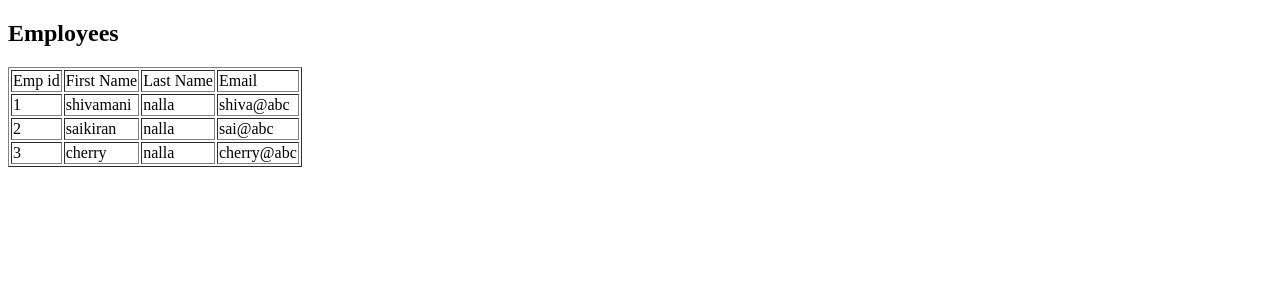
Repository: shivamaninalla/Bank-Application-JSP
Page: http://localhost/06-student-mvc/StudentServlet
The author's editor kept a copy of each file at every save. The page is drawn from the files as they stood at one save, then again after the next save.
The browser window is 1280 px wide. The pictures show the whole page.
The page is served by Tomcat 9. Other server files are loaded and not shown.

Above is the page before, as saved 2024-07-16 07:43:48.

### 06-student-mvc/WebContent/view-student.jsp
<%@ page language="java" contentType="text/html; charset=ISO-8859-1"
    pageEncoding="ISO-8859-1"%>
<%@ taglib uri="http://java.sun.com/jsp/jstl/core" prefix="c"%>
<%@ taglib uri="http://java.sun.com/jsp/jstl/functions" prefix="fn"%>
<!DOCTYPE html>
<html>
<head>
<meta charset="ISO-8859-1">
<title>Insert title here</title>
</head>
<body>
<h2>Employees</h2>

<table border="1">
		<tr>
			<td>Emp id</td>
			<td>First Name</td>
			<td>Last Name</td>
			<td>Email</td>

		</tr>
		<c:forEach var="d" items="${thedata}">
			<tr>
				<td>${d.id}</td>
				<td>${d.first_name}</td>
				<td>${d.last_name}</td>
				<td>${d.email}</td>

			</tr>
		</c:forEach>

	</table>



</body>
</html>

### 06-student-mvc/src/com/monocept/model/StudentServlet.java
package com.monocept.model;

import java.io.IOException;
import java.util.List;

import javax.servlet.RequestDispatcher;
import javax.servlet.ServletException;
import javax.servlet.annotation.WebServlet;
import javax.servlet.http.HttpServlet;
import javax.servlet.http.HttpServletRequest;
import javax.servlet.http.HttpServletResponse;


@WebServlet("/StudentServlet")
public class StudentServlet extends HttpServlet {
	private static final long serialVersionUID = 1L;


	protected void doGet(HttpServletRequest request, HttpServletResponse response) throws ServletException, IOException {
		// TODO Auto-generated method stub
		List<Student> students=StudentDataUtil.getStudents();
		request.setAttribute("thedata", students);
		RequestDispatcher req=request.getRequestDispatcher("view-student.jsp");
		req.forward(request, response);

	}

}

### 06-student-mvc/src/com/monocept/model/StudentDataUtil.java
package com.monocept.model;

import java.util.ArrayList;
import java.util.List;

public class StudentDataUtil {

	public static List<Student> getStudents(){
		List<Student> students=new ArrayList<>();
		students.add(new Student(1,"shivamani","nalla","shiva@abc"));
		students.add(new Student(2,"saikiran","nalla","sai@abc"));
		students.add(new Student(3,"cherry","nalla","cherry@abc"));
		return students;
	}

}

### 06-student-mvc/src/com/monocept/model/Student.java
package com.monocept.model;

public class Student {
	private int id;
	private String first_name;
	private String last_name;
	private String email;
	public Student(int id, String first_name, String last_name, String email) {
		super();
		this.id = id;
		this.first_name = first_name;
		this.last_name = last_name;
		this.email = email;
	}
	@Override
	public String toString() {
		return "Student [id=" + id + ", first_name=" + first_name + ", last_name=" + last_name + ", email=" + email
				+ "]";
	}
	public int getId() {
		return id;
	}
	public void setId(int id) {
		this.id = id;
	}
	public String getFirst_name() {
		return first_name;
	}
	public void setFirst_name(String first_name) {
		this.first_name = first_name;
	}
	public String getLast_name() {
		return last_name;
	}
	public void setLast_name(String last_name) {
		this.last_name = last_name;
	}
	public String getEmail() {
		return email;
	}
	public void setEmail(String email) {
		this.email = email;
	}

}

After the next save:
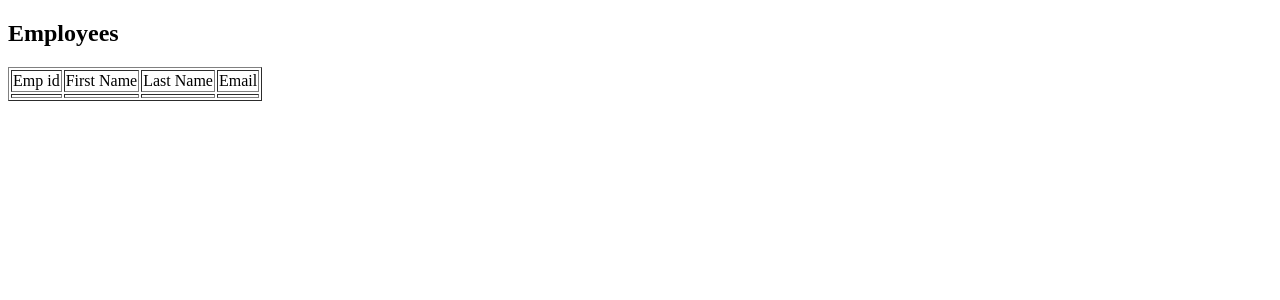
Saved 2 min 11 s later.
--- a/06-student-mvc/WebContent/view-student.jsp
+++ b/06-student-mvc/WebContent/view-student.jsp
@@ -1,7 +1,7 @@
 <%@ page language="java" contentType="text/html; charset=ISO-8859-1"
     pageEncoding="ISO-8859-1"%>
-<%@ taglib uri="http://java.sun.com/jsp/jstl/core" prefix="c"%>
-<%@ taglib uri="http://java.sun.com/jsp/jstl/functions" prefix="fn"%>
+<%-- <%@ taglib uri="http://java.sun.com/jsp/jstl/core" prefix="c"%>
+<%@ taglib uri="http://java.sun.com/jsp/jstl/functions" prefix="fn"%> --%>
 <!DOCTYPE html>
 <html>
 <head>

After the save that followed:
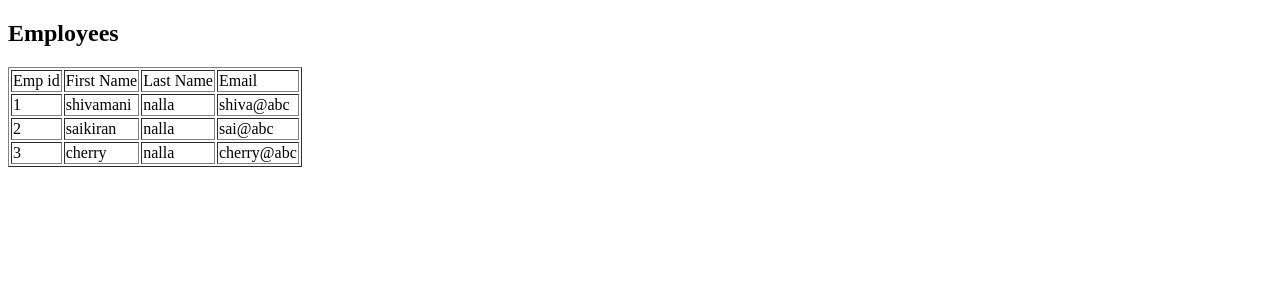
Saved 3 min 38 s later.
--- a/06-student-mvc/WebContent/view-student.jsp
+++ b/06-student-mvc/WebContent/view-student.jsp
@@ -1,7 +1,7 @@
 <%@ page language="java" contentType="text/html; charset=ISO-8859-1"
     pageEncoding="ISO-8859-1"%>
-<%-- <%@ taglib uri="http://java.sun.com/jsp/jstl/core" prefix="c"%>
-<%@ taglib uri="http://java.sun.com/jsp/jstl/functions" prefix="fn"%> --%>
+<%@ taglib uri="http://java.sun.com/jsp/jstl/core" prefix="c"%>
+<%@ taglib uri="http://java.sun.com/jsp/jstl/functions" prefix="fn"%>
 <!DOCTYPE html>
 <html>
 <head>
